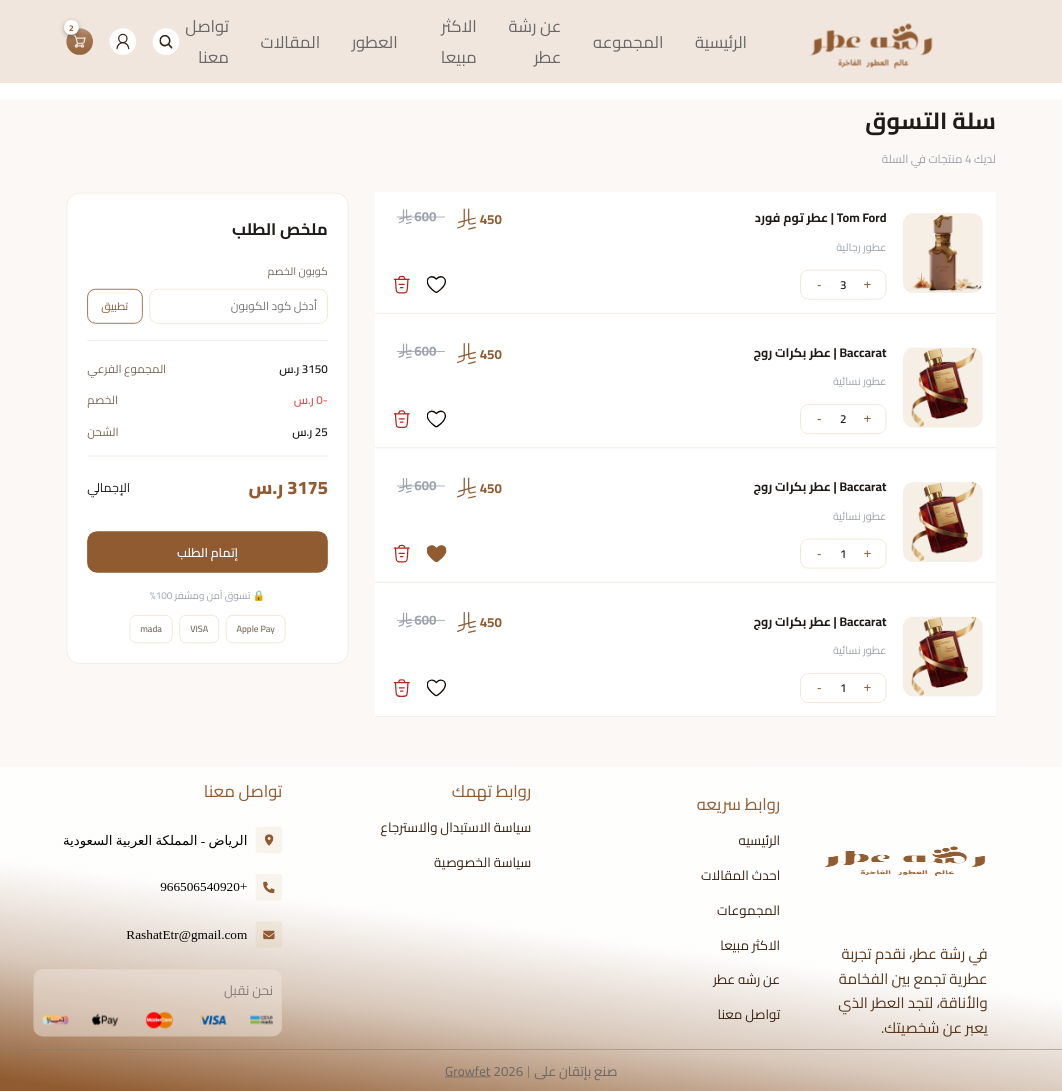
Repository: mahmoudesh74/rashet-3tr
Page: /ShoppingBasket
These files come from the project's save history. The page is drawn as it stood at one moment and after the next save; the edit follows.
The browser window is 1280 px wide. The pictures show the whole page, at 83% of full size.
Some web fonts or font styles are not loaded; a fallback is used. The project was rebuilt for these pictures with package versions that can differ from the ones it lists, and the page was loaded fresh each time. Also part of the build but not shown: vite.config.js, src/App.css, src/components/HeaderSection/Header.css, src/components/HeaderSection/Header.jsx, src/components/GroupSection/GroupSection.css, src/components/GroupSection/GroupSection.jsx, src/components/AboutSection/AboutSection.css, src/components/AboutSection/AboutSection.jsx and 35 more. Imported but missing from the stored project, and not drawn on this page: src/assets/vedio.mp4.

Above is the page before, as saved 2026-09-28 23:34:11.

### index.html
<!doctype html>
<html lang="ar" dir="rtl">
  <head>
    <meta charset="UTF-8" />
    <link rel="icon" type="image/svg+xml" href="/favicon.svg" />
    <meta name="viewport" content="width=device-width, initial-scale=1.0" />
    <title>rashet-3tr</title>
    <link rel="preconnect" href="https://fonts.googleapis.com">
<link rel="preconnect" href="https://fonts.gstatic.com" crossorigin>
<link href="https://fonts.googleapis.com/css2?family=Be+Vietnam+Pro:ital,wght@0,100;0,200;0,300;0,400;0,500;0,600;0,700;0,800;0,900;1,100;1,200;1,300;1,400;1,500;1,600;1,700;1,800;1,900&family=Cairo:wght@200..1000&family=IBM+Plex+Sans:ital,wght@0,100..700;1,100..700&family=Kameron:wght@400..700&family=Noto+Rashi+Hebrew:wght@100..900&family=Plus+Jakarta+Sans:ital,wght@0,200..800;1,200..800&family=Roboto:ital,wght@0,100..900;1,100..900&family=Tajawal:wght@200;300;400;500;700;800;900&display=swap" rel="stylesheet">
    <link rel="preconnect" href="https://fonts.googleapis.com">
<link rel="preconnect" href="https://fonts.gstatic.com" crossorigin>
<link href="https://fonts.googleapis.com/css2?family=Be+Vietnam+Pro:ital,wght@0,100;0,200;0,300;0,400;0,500;0,600;0,700;0,800;0,900;1,100;1,200;1,300;1,400;1,500;1,600;1,700;1,800;1,900&family=Cairo:wght@200..1000&family=IBM+Plex+Sans:ital,wght@0,100..700;1,100..700&family=Kameron:wght@400..700&family=Noto+Rashi+Hebrew:wght@100..900&family=Plus+Jakarta+Sans:ital,wght@0,200..800;1,200..800&display=swap" rel="stylesheet">
    <link rel="preconnect" href="https://fonts.googleapis.com">
<link rel="preconnect" href="https://fonts.gstatic.com" crossorigin>
<link href="https://fonts.googleapis.com/css2?family=Be+Vietnam+Pro:ital,wght@0,100;0,200;0,300;0,400;0,500;0,600;0,700;0,800;0,900;1,100;1,200;1,300;1,400;1,500;1,600;1,700;1,800;1,900&family=Cairo:wght@200..1000&family=IBM+Plex+Sans:ital,wght@0,100..700;1,100..700&family=Kameron:wght@400..700&display=swap" rel="stylesheet">
 <link rel="preconnect" href="https://fonts.googleapis.com">
<link rel="preconnect" href="https://fonts.gstatic.com" crossorigin>
<link href="https://fonts.googleapis.com/css2?family=Be+Vietnam+Pro:ital,wght@0,100;0,200;0,300;0,400;0,500;0,600;0,700;0,800;0,900;1,100;1,200;1,300;1,400;1,500;1,600;1,700;1,800;1,900&family=Cairo:wght@200..1000&family=IBM+Plex+Sans:ital,wght@0,100..700;1,100..700&family=Kameron:wght@400..700&family=Plus+Jakarta+Sans:ital,wght@0,200..800;1,200..800&display=swap" rel="stylesheet">
</head>
  <body>
    <div id="root"></div>
    <script type="module" src="/src/main.jsx"></script>
  </body>
</html>

### src/main.jsx
import React from "react";
import ReactDOM from "react-dom/client";
import { BrowserRouter } from "react-router-dom";
import App from "./App.jsx";
import "./styles/variables.css";
ReactDOM.createRoot(document.getElementById("root")).render(
  <React.StrictMode>
    <BrowserRouter>
      <App />
    </BrowserRouter>
  </React.StrictMode>
);

### src/App.jsx
import "./App.css";
import HomePage from "./pages/HomePage/homePag";
import NavBar from "./components/NavBar/NavBar";
import Footer from "./components/Footer/Footer";
import { Routes, Route } from "react-router-dom";
import GroupPage from "./pages/GroupPage/GroupPage";
import GroupCatalog from "./pages/groupCatalog/groupCatalog";
import AboutRashetEtr from "./pages/AboutRashetEtr/AboutRashetEtr";
import PrivacyPolicyPage from "./pages/PrivacyPolicy/privacyPolicy"
import PolicyReplace from "./pages/PolicyReplace/PolicyReplace"
import ContactUs from "./pages/ContactUs/ContactUs"
import PerfumePage from "./pages/perfumePage/perfumePage"
import ProductDetailsPage from "./pages/PerfumeDetails/PerfumeDetails"
import ShoppingBasket from "./pages/ShoppingBasket/ShoppingBasket"
function App() {
  return (
    <>
      <NavBar />

      <Routes>
        <Route path="/" element={<HomePage />} />
        <Route path="/GroupPage" element={<GroupPage />} />
        <Route path="/GroupCatalog/:id" element={<GroupCatalog />} />
        <Route path="/AboutRashetEtr" element={<AboutRashetEtr />} />
        <Route path="/PrivacyPolicyPage" element={<PrivacyPolicyPage />} />
        <Route path="/PolicyReplace" element={<PolicyReplace />} />
        <Route path="/ContactUs" element={<ContactUs />} />
        <Route path="/PerfumePage" element={<PerfumePage />} />
        <Route path="/PerfumeDetails" element={<ProductDetailsPage />} />
        <Route path="/ShoppingBasket" element={<ShoppingBasket />} />






      </Routes>

      <Footer />
    </>
  );
}

export default App;

### src/pages/HomePage/homePage.css
*{
  padding: 0;
  margin: 0;
}
.HomePageHader {
  position: relative;
  width: 100%;
  height: 750px;

}

.HeaderBgVideo {
  position: absolute;
  top: 50%;
  left: 50%;
  min-width: 100%;
  min-height: 100%;
  width: auto;
  height: auto;
  transform: translate(-50%, -50%);
  object-fit: cover;
  z-index: -1;
}

.HeaderContent {
  position: relative;
  z-index: 1;
}

### src/components/NavBar/NavBar.module.css
.navbar {
  width: 100%;
  background-color:  #EFE4DBE5;
  height: 100px;

  position: absolute;
  top: 0;
  right: 0;
  left: 0;
  z-index: 100;
}

.container {
  height: 100px;
  display: flex;
  align-items: center;
  justify-content: space-evenly;
  padding-top: 16px;
  padding-bottom: 16px;
  padding-left: 80px;
  padding-right: 80px;
}
.logoImage {
  width: auto;
  height: 300px;
  object-fit: contain;
  scale: crop;
}

.links {
  align-items: center;
  gap: 38px;
  list-style: none;
  margin: 0;
  padding: 0;
}

@media (min-width: 768px) {
  .links {
    display: flex;
  }
}

.link {
  font-size: 20px;
  color: #696767;
  text-decoration: none;
  padding-bottom: 4px;
  font-family: "cairo";
  font-weight: 400;
}



.icons {
  display: flex;
  align-items: center;
  gap: 20px;
  flex-shrink: 0;
}
.search {
  display: flex;
  align-items: center;
  width: 32px;
  height: 32px;
  border-radius: 50%;
  background-color: #FFFFFF;
  justify-content: center;
  cursor: pointer;
}
.profile {
  cursor: pointer;
  display: flex;
  align-items: center;
  width: 32px;
  height: 32px;
  border-radius: 50%;
  background-color: #FFFFFF;
  justify-content: center;
}

.cart {
  position: relative;
  cursor: pointer;
  display: flex;
  align-items: center;
  justify-content: center;
  width: 32px;
  height: 32px;
  border-radius: 50%;
  background: linear-gradient(
    180deg,
    #ba987c 0%,
    #a57956 27.68%,
    #905B30 125.82%
  );
}

.cartCount {
  position: absolute;
  top: -10px;
  left: -3px;
  width: 18px;
  height: 18px;
  display: flex;
  align-items: center;
  justify-content: center;
  border-radius: 50%;
  background: #fff;
  color: #905B30;
  font-size: 10px;
  font-weight: 700;
  font-family: "cairo";
  box-shadow: 0 2px 6px #0000004d;
}
.link {
  position: relative;
  text-decoration: none;
}

.link::after {
  content: "";
  position: absolute;
  bottom: -8px;
  left: 0;
  width: 0;
  height: 3px;
  background-color: #905B30;
  transition: width 0.3s ease;
}

.link:hover::after {
  width: 100%;
}



@media (max-width: 1024px) {
  .navbar,
  .container {
    height: 90px;
  }
  .logoImage {
    height: 220px;
  }
  .links {
    gap: 22px;
  }
  .link {
    font-size: 16px;
  }
}

@media (max-width: 767px) {
  .navbar,
  .container {
    height: 70px;
  }
  .logoImage {
    height: 160px;
  }
  .icons {
    gap: 14px;
  }
  .search,
  .profile,
  .cart {
    width: 28px;
    height: 28px;
  }
}

@media (max-width: 480px) {
  .navbar,
  .container {
    height: 60px;
  }
  .logoImage {
    height: 120px;
  }
}

### src/components/Footer/Footer.css
.Footer {
  width: 100%;
  height: auto;
  background: linear-gradient(7.52deg, #905B30 2.66%, rgba(178, 147, 120, 0.5) 28.7%, rgba(212, 203, 192, 0) 50%),
    linear-gradient(0deg, rgba(251, 248, 245, 0.2), rgba(251, 248, 245, 0.2));
}
.row {
  width: 100%;
  display: flex;
  padding: 10px 40px 10px 40px;
}
.LogoContainer {
  display: flex;
  width: 25%;
  flex-direction: column;
  align-items: center;
  justify-content: center;
}
.LogoContainer img {
  width: 400px;
  height: 200px;
}
.LogoContainer p {
  max-width: 200px;
  font-family: "Cairo";
  font-size: 18px;
  font-weight: 400;
  color: #56371D;
  line-height: 30px;
}
.LinksContainer {
  width: 25%;
  gap: 10px;
  display: flex;
  flex-direction: column;

  justify-content: center;
}
.LinksContainer h3 {
  font-size: 20px;
  font-weight: 400;
  font-family: "Cairo";
  color: #905B30;
}
.LinksContainer a {
  font-size: 16px;
  font-weight: 400;
  color: #3A2413;
  font-family: "Cairo";
  text-decoration: none;
}
.ownLinks {
  width: 25%;
  gap: 10px;
  display: flex;
  flex-direction: column;

}
.ownLinks h3 {
  font-size: 20px;
  font-weight: 400;
  font-family: "Cairo";
  color: #905B30;
}
.ownLinks a {
  font-size: 16px;
  font-weight: 400;
  color: #3A2413;
  font-family: "Cairo";
  text-decoration: none;
}
.contactWithUs {
  width: 25%;
  gap: 25px;
  display: flex;
  flex-direction: column;

}
.contactWithUs h3 {
  font-size: 20px;
  font-weight: 400;
  font-family: "Cairo";
  color: #905B30;
}
.location {
  display: flex;
  align-items: center;
  gap: 10px;
}
.locationIcon {
  display: flex;
  align-items: center;
  justify-content: center;
  width: 32px;
  height: 32px;
  background-color: #C5A0591A;
  border-radius: 4px;
}
.phoneIcon {
  display: flex;
  align-items: center;
  justify-content: center;
  width: 32px;
  height: 32px;
  background-color: #C5A0591A;
  border-radius: 4px;
}


.linkItem {
  display: flex;
  flex-direction: column;
  align-items: flex-start;
  width: fit-content;
}

.FooterLine {
  height: 2px;
  width: 20px;
  background-color: #905B30;
  border-radius: 8px;


  opacity: 0;
  transform: scaleX(0);
  transform-origin: right;
  transition: opacity 0.2s ease, transform 0.2s ease;
}

.linkItem:hover .FooterLine {
  opacity: 1;
  transform: scaleX(1);
}
.makeby{
    align-items: center;
    justify-content: center;
    display: flex;
    border-top: 1px solid #8A7A6A80;

   padding: 10px 0 10px 0;
    gap: 5px;
    color: #6B6764;

}
.makeby p{
    font-size: 16px ;
    font-weight: 400;
    font-family: "Cairo";
    color: #6B6764;
}
.payed{
    height:82px;
    width: 100%;
    background-color: #EFE6DD80;
    border: 1px solid #C5A0591A;
    border-radius: 12px;

}
.payed p{
  margin: 0;
  padding: 10px;
    font-family: "Cairo";
    font-size: 16px;
    font-weight: 400;
    color: #2D292680;
}
.payrow {
    display: flex;
    justify-content: space-between;
    gap: 20px;
    padding: 0 10px 0 10px;
}

### src/pages/ShoppingBasket/ShoppingBasket.css
.cart-page {
  margin-top: 120px;
  padding: 0 80px 60px;
  direction: rtl;
  font-family: "Cairo";
  color: #1a1a1a;
  background-color: #FBF8F5;

}

.cart-page-header {
  margin-bottom: 28px;
}

.cart-page-header h1 {
  margin: 0 0 6px;
  font-size: 28px;
  font-weight: 700;
  color: #1e1b18;
}

.cart-page-header p {
  margin: 0;
  font-size: 14px;
  color: #9ca3af;
}

.cart-page-layout {
  display: grid;
  grid-template-columns:  1fr 340px;
  gap: 32px;
  align-items: start;
}

/* ---------- Order summary ---------- */
.cart-summary {
  background: #ffffff;
  border: 1px solid #f0e9df;
  border-radius: 16px;
  padding: 24px;
  position: sticky;
  top: 140px;
}

.cart-summary-title {
  margin: 0 0 20px;
  font-size: 20px;
  font-weight: 700;
  color: #1e1b18;
}

.cart-coupon {
  padding-bottom: 20px;
  margin-bottom: 20px;
  border-bottom: 1px solid #f0e9df;
}

.cart-coupon-label {
  display: block;
  font-size: 13px;
  color: #7a6a5a;
  margin-bottom: 10px;
}

.cart-coupon-input-row {
  display: flex;
  gap: 8px;
}

.cart-coupon-input-row input {
  flex: 1;
  height: 42px;
  border-radius: 10px;
  border: 1px solid #ede4d3;
  padding: 0 12px;
  font-family: "Cairo";
  font-size: 14px;
  outline: none;
}

.cart-coupon-input-row button {
  height: 42px;
  padding: 0 16px;
  border-radius: 10px;
  border: 1px solid #905b30;
  background: #ffffff;
  color: #905b30;
  font-family: "Cairo";
  font-size: 13px;
  cursor: pointer;
}

.cart-coupon-applied {
  display: flex;
  align-items: center;
  gap: 8px;
  height: 42px;
  border-radius: 10px;
  border: 1px solid #ede4d3;
  padding: 0 12px;
  font-family: "Cairo";
  font-size: 14px;
  color: #1a1a1a;
}

.cart-coupon-remove {
  border: none;
  background: transparent;
  color: #9ca3af;
  font-size: 18px;
  cursor: pointer;
  line-height: 1;
}

.cart-coupon-success {
  display: flex;
  align-items: center;
  gap: 6px;
  margin: 10px 0 0;
  font-size: 12px;
  color: #905b30;
}

.cart-coupon-error {
  margin: 10px 0 0;
  font-size: 12px;
  color: #d9534f;
}

.cart-summary-rows {
  display: flex;
  flex-direction: column;
  gap: 12px;
  margin-bottom: 16px;
}

.cart-summary-row {
  display: flex;
  align-items: center;
  justify-content: space-between;
  font-size: 14px;
}

.cart-summary-label {
  color: #7a6a5a;
}

.cart-summary-value {
  font-weight: 600;
  color: #1a1a1a;
}

.cart-summary-value--discount {
  color: #d9534f;
}

.cart-summary-total {
  display: flex;
  align-items: center;
  justify-content: space-between;
  padding: 16px 0;
  margin-bottom: 16px;
  border-top: 1px solid #f0e9df;
}

.cart-summary-total-label {
  font-size: 15px;
  color: #1a1a1a;
}

.cart-summary-total-value {
  font-size: 22px;
  font-weight: 800;
  color: #905b30;
}

.cart-checkout-btn {
  width: 100%;
  height: 50px;
  border-radius: 12px;
  border: none;
  background: #905b30;
  color: #ffffff;
  font-family: "Cairo";
  font-size: 15px;
  font-weight: 600;
  cursor: pointer;
  margin-bottom: 16px;
}

.cart-checkout-btn:hover {
  background: #7c4d27;
}

.cart-checkout-btn:disabled {
  opacity: 0.5;
  cursor: not-allowed;
}

.cart-secure-text {
  text-align: center;
  font-size: 12px;
  color: #9ca3af;
  margin: 0 0 12px;
}

.cart-payment-badges {
  display: flex;
  align-items: center;
  justify-content: center;
  gap: 8px;
}

.cart-payment-badge {
  padding: 6px 12px;
  border-radius: 8px;
  border: 1px solid #ede4d3;
  font-size: 11px;
  font-weight: 600;
  color: #7a6a5a;
}

/* ---------- Cart items list ---------- */
.cart-items-list {
  display: flex;
  flex-direction: column;
  gap: 16px;
  background-color: #ffffff;
}

.cart-empty-text {
  text-align: center;
  color: #9ca3af;
  padding: 60px 0;
}

.cart-item {
  display: flex;
  align-items: center;
  gap: 20px;
  background: #ffffff;
  border-bottom: 1px solid #f0e9df;

  padding: 16px;
}

.cart-item-image {
  width: 96px;
  height: 96px;
  border-radius: 12px;
  overflow: hidden;
  background: #f5efe6;
  flex-shrink: 0;
}

.cart-item-image img {
  width: 100%;
  height: 100%;
  object-fit: cover;
}

.cart-item-content {
  flex: 1;
  display: flex;
  flex-direction: column;
  gap: 14px;
  min-width: 0;
}

.cart-item-top {
  display: flex;
  align-items: flex-start;
  justify-content: space-between;
  gap: 12px;
}

.cart-item-names h3 {
  margin: 0 0 4px;
  font-size: 15px;
  font-weight: 700;
  color: #1e1b18;
}

.cart-item-names span {
  font-size: 13px;
  color: #9ca3af;
}

.cart-item-price {
  display: flex;
  align-items: center;
  justify-content: center;
  gap: 8px;
  flex-shrink: 0;
}

.cart-item-old-price {
  font-size: 13px;
  color: #9ca3af;
  text-decoration: line-through;
}

.cart-item-new-price {
  font-size: 16px;
  font-weight: 700;
  color: #905b30;
  display: flex;
  align-items: center;
  justify-content: center;
}

.cart-item-bottom {
  display: flex;
  align-items: center;
  justify-content: space-between;
}

.cart-item-qty {
  display: flex;
  align-items: center;
  gap: 12px;
  border: 1px solid #ede4d3;
  border-radius: 10px;
  padding: 4px 12px;
}

.cart-item-qty button {
  width: 20px;
  height: 20px;
  border: none;
  background: transparent;
  color: #905b30;
  font-size: 16px;
  line-height: 1;
  cursor: pointer;
  display: flex;
  align-items: center;
  justify-content: center;
}

.cart-item-qty span {
  font-size: 14px;
  font-weight: 600;
  min-width: 14px;
  text-align: center;
}

.cart-item-actions {
  display: flex;
  align-items: center;
  gap: 10px;
}

.cart-item-fav,
.cart-item-remove {
  width: 32px;
  height: 32px;
 border: none;
 background: none;

  display: flex;
  align-items: center;
  justify-content: center;
  cursor: pointer;
}

.cart-item-fav img,
.cart-item-remove img {
  width: 24px;
  height: 24px;
}

.cart-item-fav.is-active {
  border-color: #905b30;
}

/* ---------- Responsive ---------- */
@media (max-width: 1024px) {
  .cart-page {
    padding: 0 24px 60px;
  }
  .cart-page-layout {
    grid-template-columns: 1fr;
  }
  .cart-summary {
    position: static;
    order: 2;
  }
  .cart-items-list {
    order: 1;
  }
}

@media (max-width: 600px) {
  .cart-item {
    flex-direction: column;
    align-items: stretch;
  }
  .cart-item-image {
    width: 100%;
    height: 160px;
  }
}

### src/pages/LoginPage/LoginPage.css
* {
  box-sizing: border-box;
}

.login-card {
  position: relative;
  background: #FFFFFF;
  width: 100%;
  border-radius: 20px;
  padding: 48px 44px;
}

.login-close {
  position: absolute;
  top: 16px;
  left: 16px;
  width: 32px;
  height: 32px;
  border-radius: 50%;
  border: none;
  background: #f3ede1;
  color: #6b6258;
  font-size: 20px;
  line-height: 1;
  cursor: pointer;
  display: flex;
  align-items: center;
  justify-content: center;
  transition: background 0.15s ease;
}

.login-close:hover {
  background: #e4dccb;
}

.login-title {
  font-size: 24px;
  font-weight: 700;
  font-family: "Cairo";
  color: #3a2413;
  text-align: center;
  margin: 0;
}

.login-subtitle {
  text-align: center;
  color: #717182;
  font-size: 16px;
  font-weight: 400;
  font-family: "SF Pro";
  margin-top: 8px;
  margin-bottom: 32px;
}

.google-btn {
  width: 100%;
  display: flex;
  align-items: center;
  justify-content: center;
  gap: 10px;
  padding: 14px;
  border: 2px solid #1a71f6;
  border-radius: 12px;
  background: #FFFFFF;
  color: #1a71f6;
  font-family: "Plus Jakarta Sans";
  font-size: 14px;
  font-weight: 700;
  cursor: pointer;
  transition: background 0.15s ease;
}

.divider {
  display: flex;
  align-items: center;
  gap: 14px;
  margin: 28px 0;
  color: #323130;
  font-size: 12px;
  font-weight: 700;
  font-family: "Plus Jakarta Sans";
}

.divider-line {
  flex: 1;
  height: 0.5px;
  background: #1a71f6;
}

.field {
  margin-bottom: 20px;
}

.field-label {
  display: block;
  font-size: 14px;
  font-weight: 700;
  color: #323130;
  font-family: "Plus Jakarta Sans";
  margin-bottom: 8px;
}

.text-input {
  width: 100%;
  padding: 14px 16px;
  border: 1.6px solid #d1d1d1;
  border-radius: 16px;
  font-family: "Plus Jakarta Sans";
  font-size: 14px;
  font-weight: 400;
  color: #333333;
  background: #FFFFFF;
  outline: none;
  transition: border-color 0.15s ease;
}

.text-input:focus {
  border-color: #a8642f;
}

.text-input::placeholder {
  color: #737373;
  font-family: "Plus Jakarta Sans";
  font-weight: 400;
  font-size: 14px;
}

.password-wrap {
  position: relative;
}

.password-wrap .text-input {
  padding-left: 44px;
}

.toggle-eye {
  position: absolute;
  left: 14px;
  top: 50%;
  transform: translateY(-50%);
  background: none;
  border: none;
  cursor: pointer;
  color: #6b6258;
  display: flex;
  padding: 0;
}

.toggle-eye svg {
  width: 20px;
  height: 20px;
}

.form-row {
  display: flex;
  align-items: center;
  justify-content: space-between;
  margin-bottom: 28px;
  font-size: 14px;
}

.remember-label {
  display: flex;
  align-items: center;
  gap: 8px;
  color: #333333;
  font-size: 14px;
  font-weight: 700;
  font-family: "Plus Jakarta Sans";
  cursor: pointer;
}

.remember-checkbox {
  width: 17px;
  height: 17px;
  accent-color: #905B30;
  cursor: pointer;
}

.forgot-link {
  color: #1a71f6;
  font-size: 14px;
  font-family: "Plus Jakarta Sans";
  font-weight: 700;
}

.forgot-link:hover {
  text-decoration: underline;
}

.submit-btn {
  width: 100%;
  padding: 15px;
  border: none;
  border-radius: 12px;
  background: #905B30;
  color: #FFFFFF;
  font-family: "Plus Jakarta Sans";
  font-size: 14px;
  font-weight: 700;
  cursor: pointer;
  transition: background 0.15s ease;
}

.submit-btn:hover {
  background: #8b5024;
}

.footer-text {
  text-align: center;
  margin-top: 22px;
  font-size: 14px;
  font-family: "Plus Jakarta Sans";
  font-weight: 400;
  color: #323130;
}





/* Responsive */
@media (max-width: 600px) {
  .login-card {
    padding: 32px 24px;
    border-radius: 16px;
  }

  .login-title {
    font-size: 24px;
  }

  .login-subtitle {
    font-size: 14px;
    margin-bottom: 24px;
  }

  .google-btn {
    padding: 12px;
    font-size: 14px;
  }

  .text-input {
    padding: 12px 14px;
    font-size: 14px;
  }

  .password-wrap .text-input {
    padding-left: 40px;
  }

  .form-row {
    flex-wrap: wrap;
    gap: 10px;
  }

  .submit-btn {
    padding: 13px;
    font-size: 15px;
  }
}

@media (max-width: 360px) {
  .login-card {
    padding: 24px 18px;
  }

  .login-title {
    font-size: 21px;
  }
}

Loaded but not shown: src/pages/ShoppingBasket/ShoppingBasket.jsx (280 lines, source omitted); src/components/Footer/Footer.jsx (169 lines, source omitted); src/components/NavBar/NavBar.jsx (173 lines, source omitted)

After the next save:
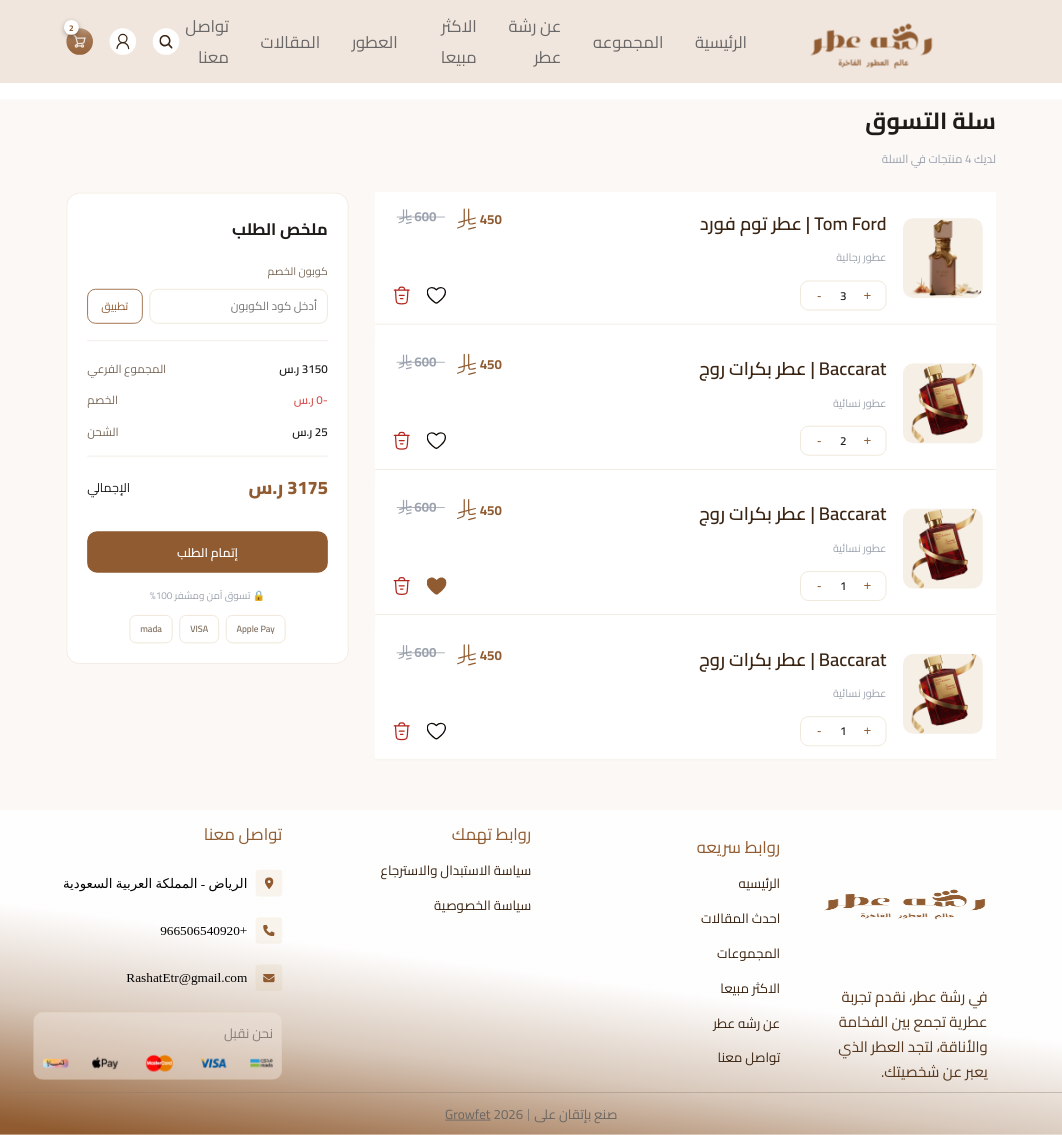
Saved 85 s later.
--- a/src/pages/ShoppingBasket/ShoppingBasket.css
+++ b/src/pages/ShoppingBasket/ShoppingBasket.css
@@ -276,9 +276,10 @@
 
 .cart-item-names h3 {
   margin: 0 0 4px;
-  font-size: 15px;
-  font-weight: 700;
-  color: #1e1b18;
+  font-size: 22px;
+  font-weight: 600;
+  font-family: "Cairo";
+  color: #3A2413;
 }
 
 .cart-item-names span {
